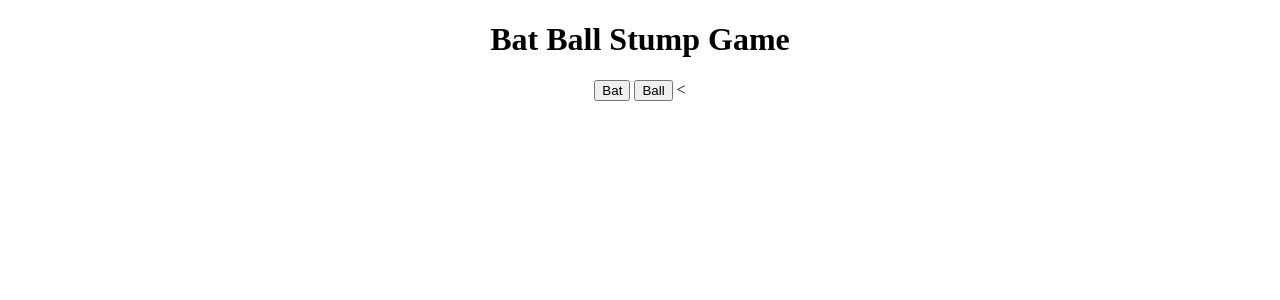
Repository: nihalani20/Learning-Js
Page: Cricket Game/index.html
These files come from the project's save history. The page is drawn as it stood at one moment and after a run of saves; the edit follows.
The browser window is 1280 px wide. The pictures show the whole page.

Above is the page before, as saved 2024-01-24 17:59:04.

After the next 4 saves:
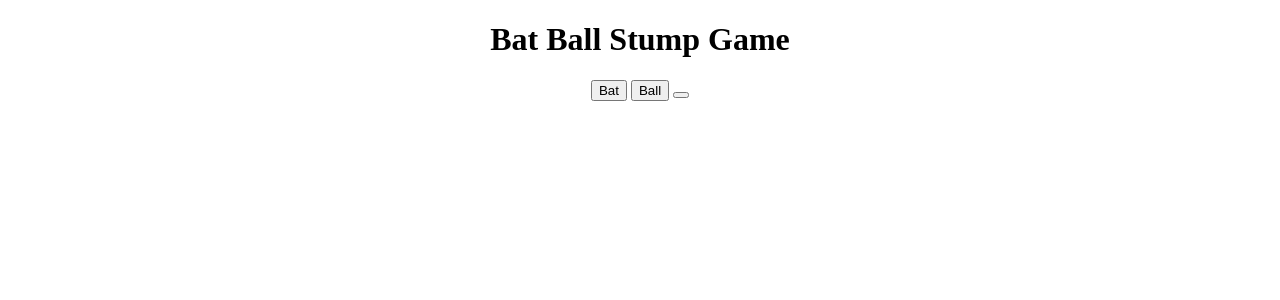
The 4 saves are shown as one change because they came seconds apart.
The last was saved 11 s later.
--- a/Cricket Game/index.html
+++ b/Cricket Game/index.html
@@ -98,7 +98,7 @@ alert(`You have choosen Bat \n Computer choice is ${computerChoice}\n  ${resultM
     ">Ball</button>
 
 
-<
+<button id=""></button>
 
   </main>
 </body>
